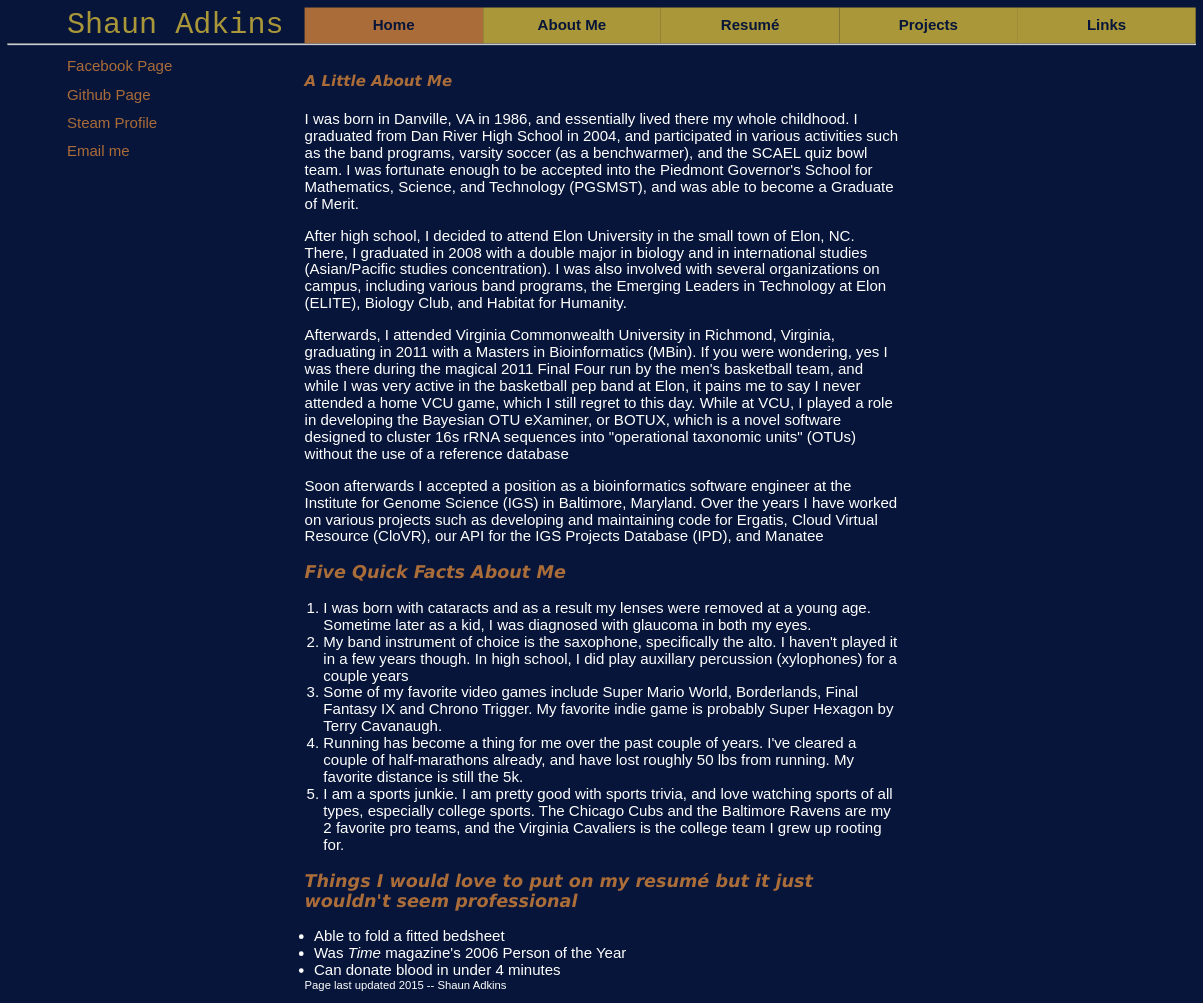
Repository: adkinsrs/sadkins_site
Page: html/about.html
The author's editor kept a record of every edit. The page is drawn from the files as they stood at one moment, then again after the next edit.
The browser window is 1280 px wide. The pictures show the whole page, at 94% of full size.

Above is the page before.

### html/about.html
<!DOCTYPE html>

<!--
About Me Page
-->
<html lang="en">
    <head>
        <meta charset="utf-8" />
        <meta name="viewport" content="width=device-width">
        <title>About Me</title>
        <link rel="stylesheet" href="../css/main.css" type="text/css"/>
    </head>

    <body>
        <nav>
            <a class="site_name" href="/">Shaun Adkins</a>
            <ul>
                <li class="navmenu"><a class="current" href="./home.html">Home</a></li>
                <li class="navmenu"><a class="otherpage" href="./about.html">About Me</a></li>
                <li class="navmenu"><a class="otherpage" href="./resume.html">Resum&#233;</a></li>
                <li class="navmenu"><a class="otherpage" href="./projects.html">Projects</a></li>                <li class="navmenu"><a class="otherpage" href="./links.html">Links</a></li>
            </ul>
        <nav>
        <hr>

        <aside>
            <ul>
                <li><a class="links" href="https://www.facebook.com/adkinsrs">Facebook Page</a></li>
                <li><a class="links" href="https://github.com/adkinsrs">Github Page</a></li>
                <li><a class="links" href="http://steamcommunity.com/id/MeNoSeeGood">Steam Profile</a></li>
                <li><a class="links" href="mailto:shaun.adkins@gmail.com?Subject=SAdkins%20Website">Email me</a></li>
            </ul>
        </aside>

        <section>
            <h1>A Little About Me</h1>

            <p>
                I was born in Danville, VA in 1986, and essentially lived there my whole childhood.  I graduated from Dan River High School in 2004, and participated in various activities such as the band programs, varsity soccer (as a benchwarmer), and the SCAEL quiz bowl team.  I was fortunate enough to be accepted into the Piedmont Governor's School for Mathematics, Science, and Technology (PGSMST), and was able to become a Graduate of Merit.
            </p>
            <p>
                After high school, I decided to attend Elon University in the small town of Elon, NC.  There, I graduated in 2008 with a double major in biology and in international studies (Asian/Pacific studies concentration).  I was also involved with several organizations on campus, including various band programs, the Emerging Leaders in Technology at Elon (ELITE), Biology Club, and Habitat for Humanity.
            </p>
            <p>
                Afterwards, I attended Virginia Commonwealth University in Richmond, Virginia, graduating in 2011 with a Masters in Bioinformatics (MBin).  If you were wondering, yes I was there during the magical 2011 Final Four run by the men's basketball team, and while I was very active in the basketball pep band at Elon, it pains me to say I never attended a home VCU game, which I still regret to this day.  While at VCU, I played a role in developing the Bayesian OTU eXaminer, or BOTUX, which is a novel software designed to cluster 16s rRNA sequences into "operational taxonomic units" (OTUs) without the use of a reference database
            </p>
            <p>
                Soon afterwards I accepted a position as a bioinformatics software engineer at the Institute for Genome Science (IGS) in Baltimore, Maryland.  Over the years I have worked on various projects such as developing and maintaining code for Ergatis, Cloud Virtual Resource (CloVR), our API for the IGS Projects Database (IPD), and Manatee
            </p>

            <h3>Five Quick Facts About Me</h3>
            <ol>
                <li>I was born with cataracts and as a result my lenses were removed at a young age.  Sometime later as a kid, I was diagnosed with glaucoma in both my eyes.</li>
                <li>My band instrument of choice is the saxophone, specifically the alto.  I haven't played it in a few years though.  In high school, I did play auxillary percussion (xylophones) for a couple years</li>
                <li>Some of my favorite video games include Super Mario World, Borderlands, Final Fantasy IX and Chrono Trigger.  My favorite indie game is probably Super Hexagon by Terry Cavanaugh.</li>
                <li>Running has become a thing for me over the past couple of years.  I've cleared a couple of half-marathons already, and have lost roughly 50 lbs from running.  My favorite distance is still the 5k.</li>
                <li>I am a sports junkie.  I am pretty good with sports trivia, and love watching sports of all types, especially college sports.  The Chicago Cubs and the Baltimore Ravens are my 2 favorite pro teams, and the Virginia Cavaliers is the college team I grew up rooting for.</li>
            </ol>

            <h3>Things I would love to put on my resum&#233; but it just wouldn't seem professional</h3>
            <ul class="normal_list">
                <li>Able to fold a fitted bedsheet</li>
                <li>Was <i>Time</i> magazine's 2006 Person of the Year</li>
                <li>Can donate blood in under 4 minutes</li>
            </ul>
        </section>

        <footer>
            <p>Page last updated 2015 -- Shaun Adkins</p>
        </footer>
    </body>
</html>

### css/main.css
body {
    background-color: #061539;
    color: #FFFFFF;
    font-family: Arial, Helvetica, sans-serif;
}

/* To support HTML5 elements in Internet Explorer 8 */
header, section, footer, aside, nav, main, article, figure {
    display: block;
}

h1, h3 {
    font-family:"Lucida Sans Unicode", "Lucida Grande", sans-serif;
    color: #AA6C39;
    font-style: italic;
}

nav {
    text-align: left;
}

ul {
    list-style-type: none;
    margin:0;
    padding: 0;
}

ol {
    padding-left: 20px;
}

img {
    width: 33%;
}

footer {
    width: 50%;
    margin-left: 25%;
    clear: both;
    text-align: left;
}

.navmenu {
    text-align: center;
	font-family: Arial, Helvetica, sans-serif;
    font-weight: bold;
}

/* <a> menu links */
.current, .otherpage {
    display: block;
    text-decoration: none;
    color: #061539;
}

.current, .current:visited {
    background-color: #AA6C39;
}

.otherpage, .otherpage:visited {
    background-color: #AA9739;
}

.current:hover,.otherpage:hover, .links:hover {
    color: #FFFFFF;
}

.links {
    text-decoration: none;
    color: #AA6C39;
}

.site_name {
    text-decoration: none;
    color: #AA9739;
    font-size: 2em;
    font-family: "Courier New", Courier, monospace;
}

.normal_list {
    list-style-type: disc;
    padding-left:10px;
}

/* tablet size screens */
@media screen and (max-width: 720px){
    .navmenu {
        width: 100%;
    }

    .site_name {
        display: block;
        width: 100%;
        text-align: center;
        clear: both;
        line-height: 30px;
    }

    aside {
        width: 100%;
        text-align: center;
        margin: auto;
        float: none;
    }

    section {
        margin-left: 16%;
        margin-right: 16%;
        width: 68%;
        text-align: justify;
    }

    footer {
        font-size: 10px;
    }

    h1 {
        text-align: center;
    }

    img {
        width: 66%;
        margin-left: auto;
        margin-right: auto;
        padding: 20px;
        display: block;
    }

}


/* large size screens */
@media screen and (min-width: 721px){

    aside {
        float: left;
        text-align: left;
        line-height: 30px;
        width: 20%;
        margin-left: 5%;
    }

    section {
        width: 50%;
        float: left;
        text-align: left;
    }

    footer {
        font-size: 12px;
    }

    .navmenu {
        float: left;
        width: 15%;
        clear: right;
    }

    /* <a> menu links */
    .current, .otherpage {
        padding: 10px;
    }

    .site_name {
        width: 20%;
        margin-left: 5%;
        float: left;
    }

    .img_left {
        float: left;
    }

    .img_right {
        float: right;
    }
}

After the next edit:
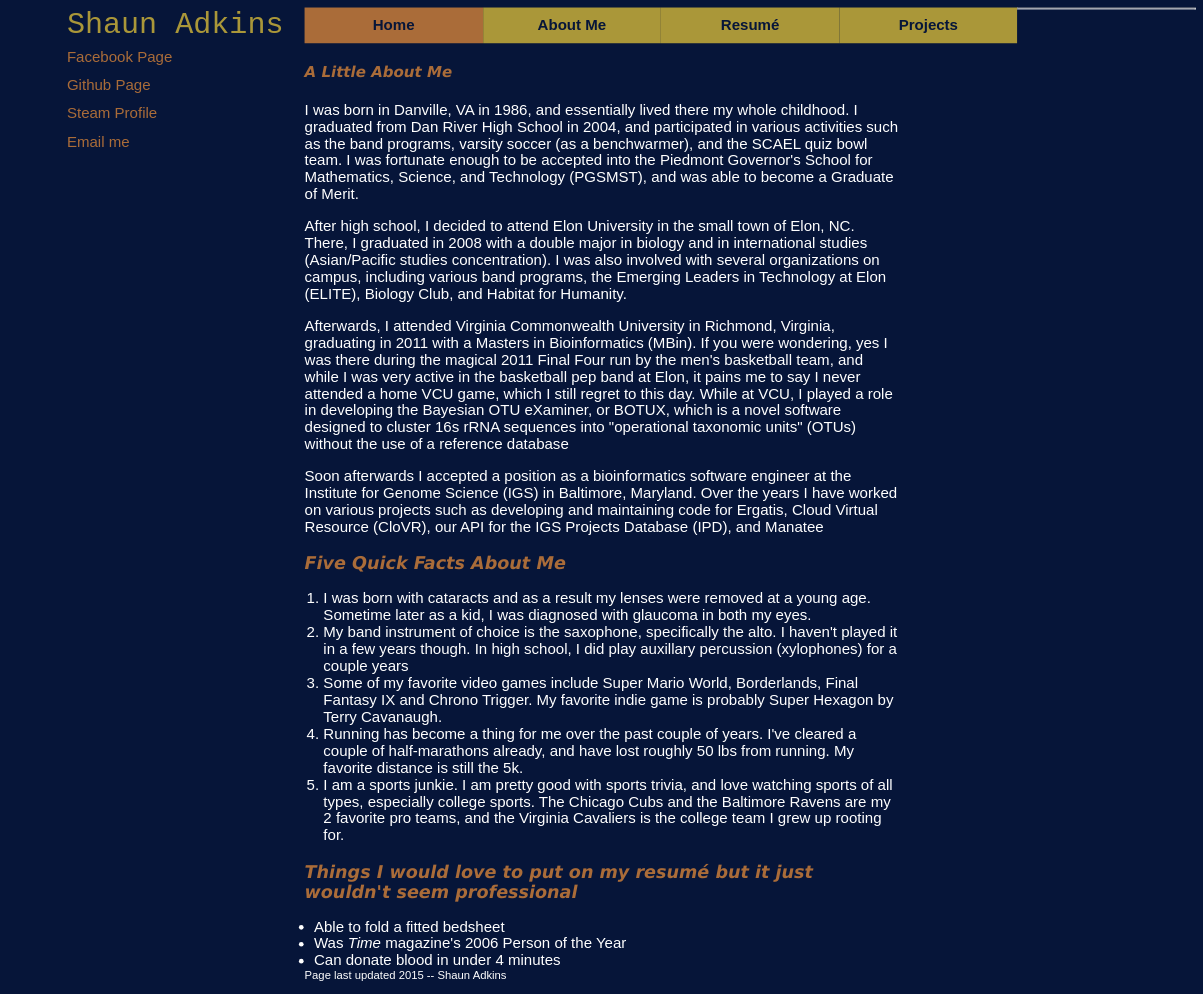
The edit:
--- a/html/about.html
+++ b/html/about.html
@@ -18,7 +18,7 @@
                 <li class="navmenu"><a class="current" href="./home.html">Home</a></li>
                 <li class="navmenu"><a class="otherpage" href="./about.html">About Me</a></li>
                 <li class="navmenu"><a class="otherpage" href="./resume.html">Resum&#233;</a></li>
-                <li class="navmenu"><a class="otherpage" href="./projects.html">Projects</a></li>                <li class="navmenu"><a class="otherpage" href="./links.html">Links</a></li>
+                <li class="navmenu"><a class="otherpage" href="./projects.html">Projects</a></li>
             </ul>
         <nav>
         <hr>
